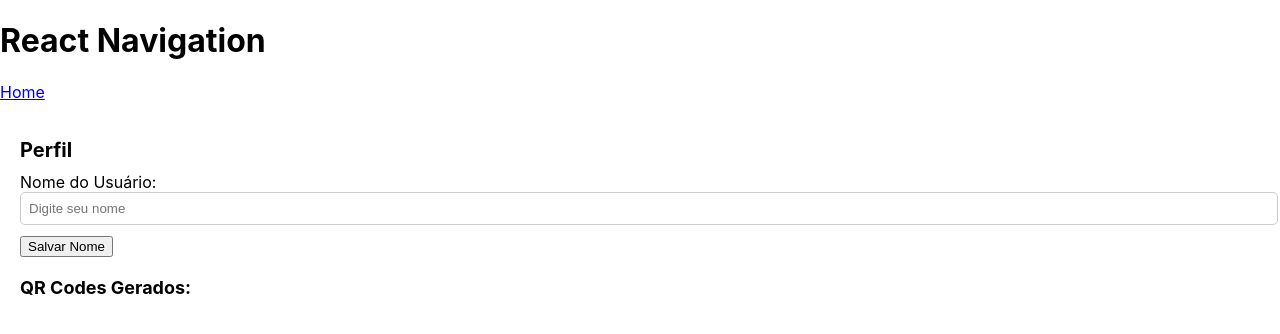
Repository: MarcusVTAlmeida/ReactQrcode
Page: /Profile
An editor plug-in stored every save of this project. The page is shown before and after the next save, followed by the edit.
The browser window is 1280 px wide. The pictures show the whole page.
The project was rebuilt for these pictures with package versions that can differ from the ones it lists, and the page was loaded fresh each time. Also part of the build but not shown: src/home.js, src/login.js.

Above is the page before, as saved 2024-12-15 17:36:04.

After the next save:
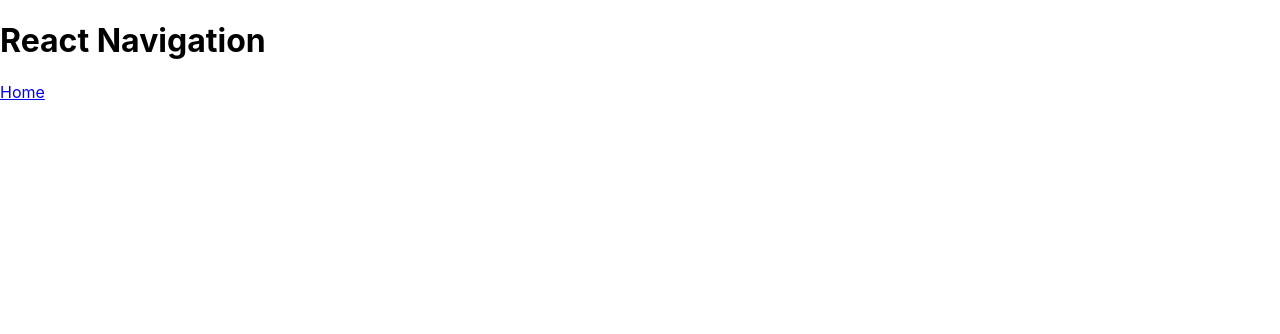
Saved 72 s later.
--- a/src/App.js
+++ b/src/App.js
@@ -17,7 +17,7 @@
         <Routes>
           <Route path="/" element={<Login />} />
           <Route path="/Home" element={<Home />} />
-          <Route path="/Profile" element={<Profile />} />
+          <Route path="/Profile" element={<profile />} />
         </Routes>
       </div>
     </Router>

After the save that followed:
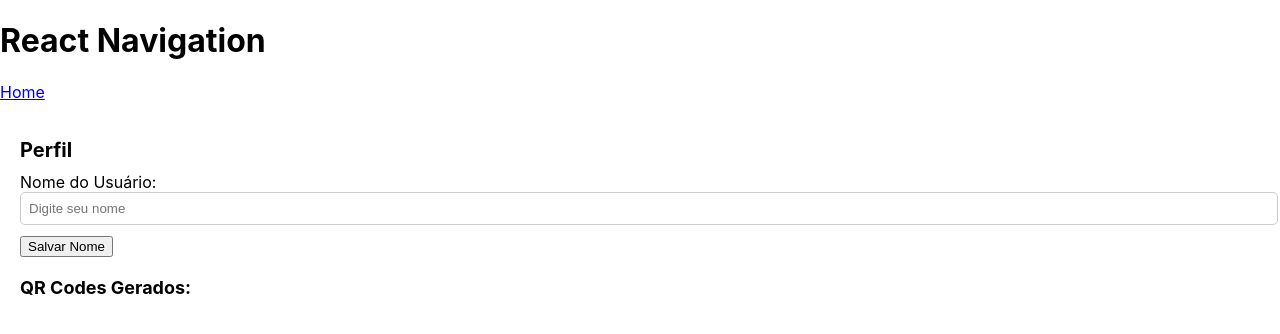
Saved 9 s later.
--- a/src/App.js
+++ b/src/App.js
@@ -17,7 +17,7 @@
         <Routes>
           <Route path="/" element={<Login />} />
           <Route path="/Home" element={<Home />} />
-          <Route path="/Profile" element={<profile />} />
+          <Route path="/Profile" element={<Profile />} />
         </Routes>
       </div>
     </Router>
